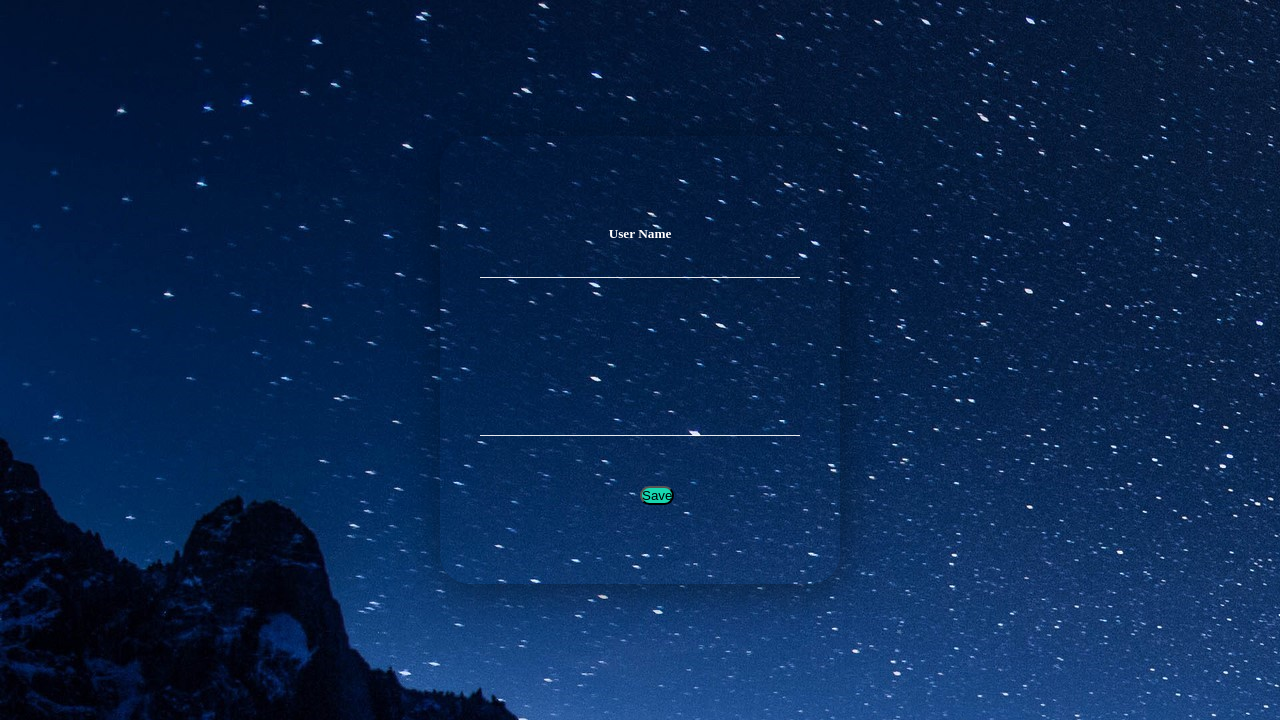
Repository: rkrukshan/Glass_Login_CSS
Page: login.html
These files come from the project's save history. The page is drawn as it stood at one moment and after the next save; the edit follows.
The browser window is 1280 px wide. The pictures show the whole page.

Above is the page before, as saved 2023-10-03 20:18:37.

After the next save:
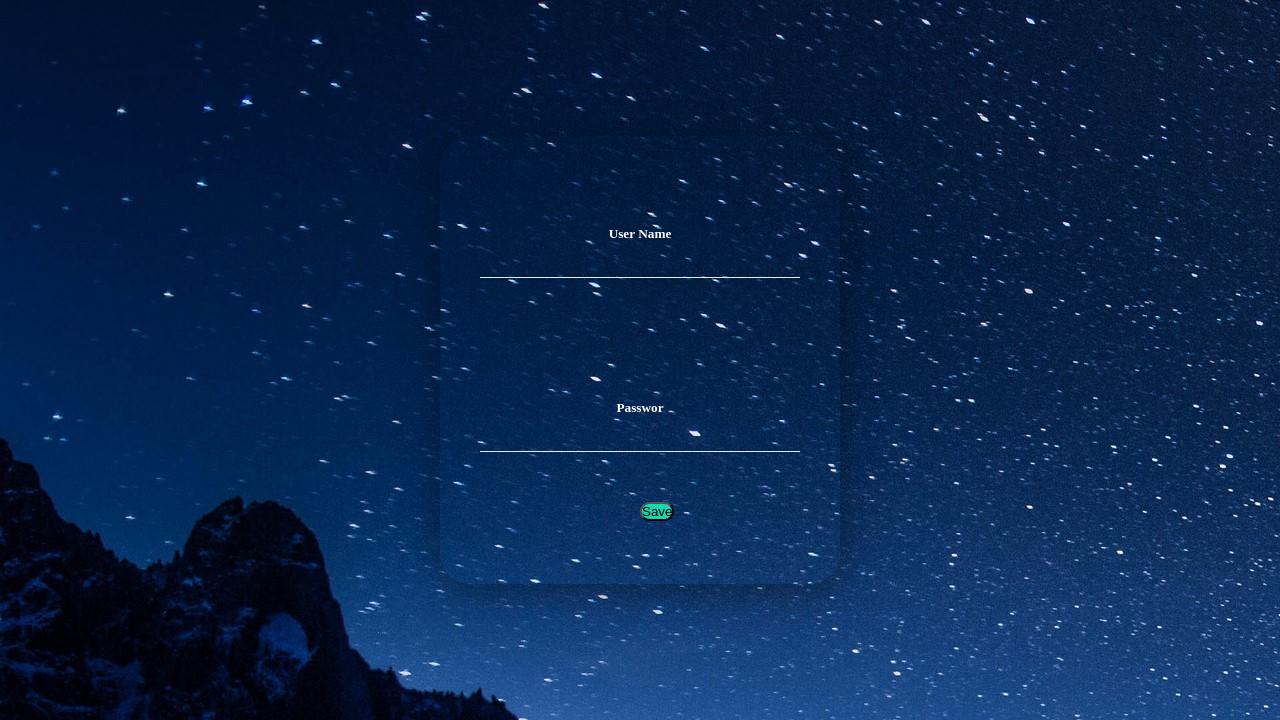
Saved 13 s later.
--- a/login.html
+++ b/login.html
@@ -67,7 +67,7 @@
             </center>
             <br><br><br><br><br>
             <center><label for="" style="color:white">
-                    <h5><strong></strong></h5>
+                    <h5><strong>Passwor</strong></h5>
                     <input type="text">
                 </label></center>
             <br>
